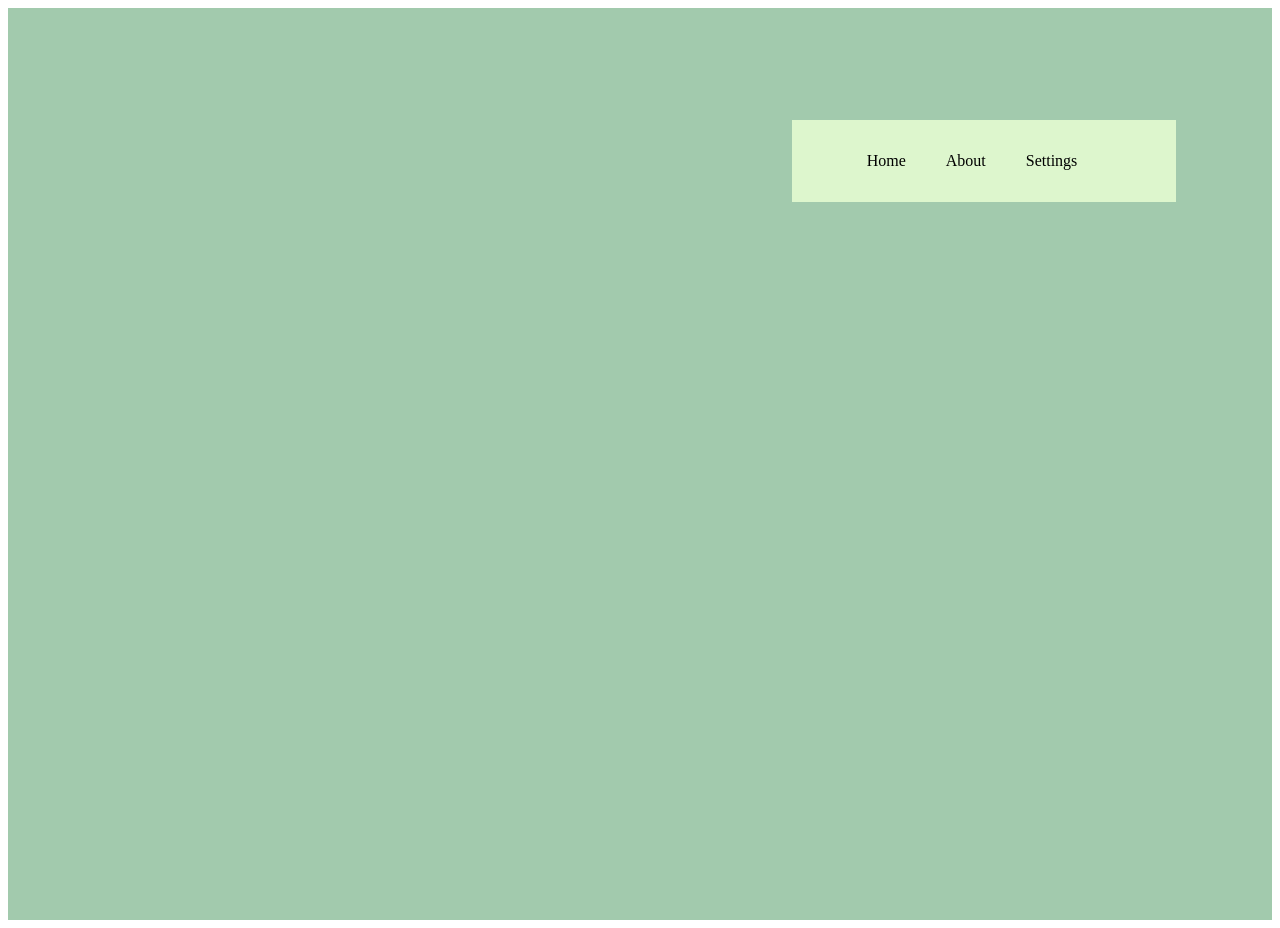
Repository: k8ANStar/Questify
Page: /
The author's editor kept a copy of each file at every save. The page is drawn from the files as they stood at one save, then again after the next save.
The browser window is 1280 px wide. The pictures show the whole page.
The project was rebuilt for these pictures with package versions that can differ from the ones it lists, and the page was loaded fresh each time. The framework's server and built-in components were replaced by stand-ins that run in the browser. Also part of the build but not shown: next.config.mjs.

Above is the page before, as saved 2024-03-24 22:07:42.

After the next save:
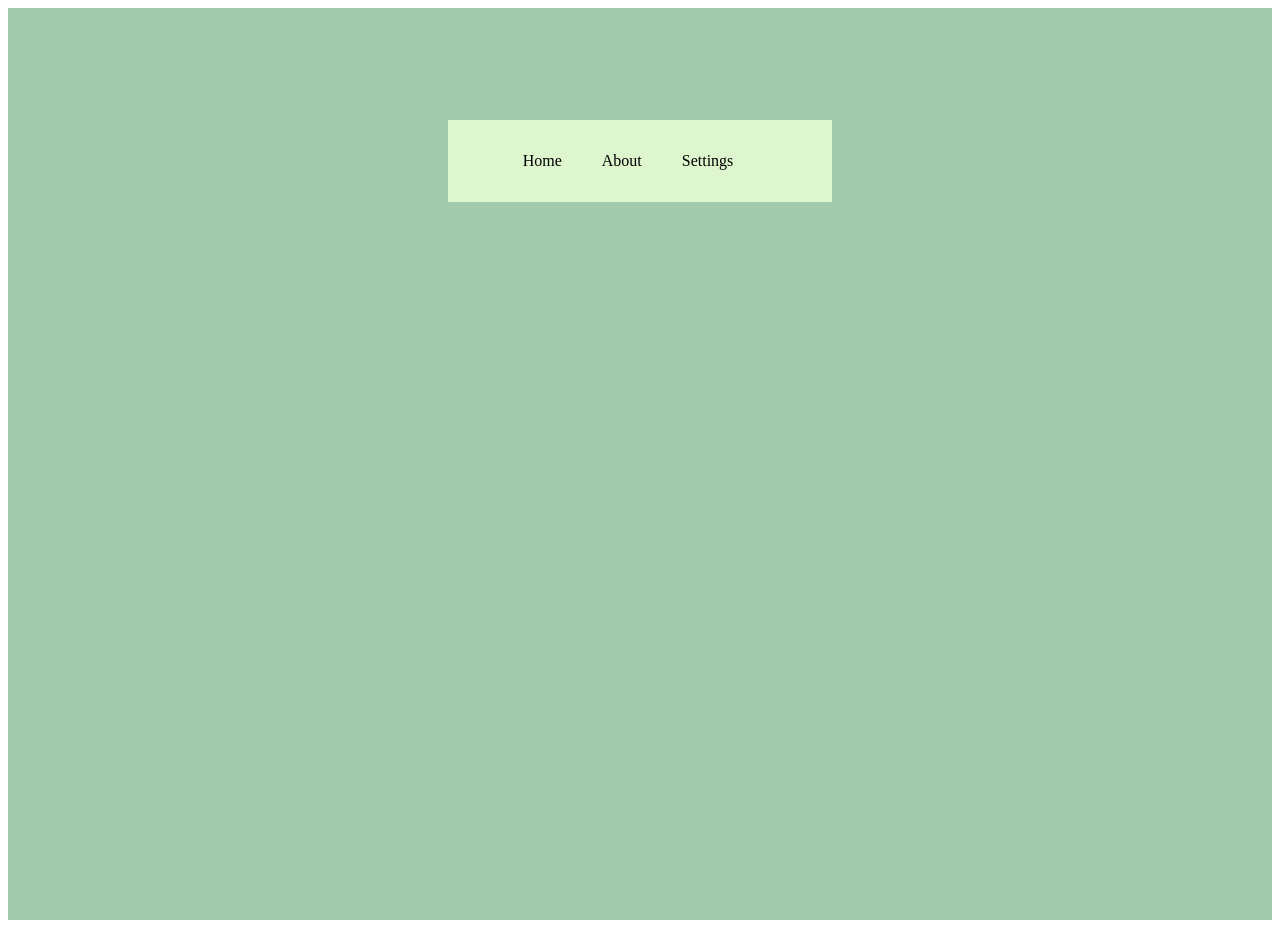
Saved 5 s later.
--- a/components/Header/Header.module.css
+++ b/components/Header/Header.module.css
@@ -3,7 +3,6 @@
 	list-style-type: none;
 	text-decoration: none;
 	padding: 2rem;
-    margin-left: auto;
 	width: 20rem;
 	background-color: rgb(221, 246, 205);
     justify-content: center;
